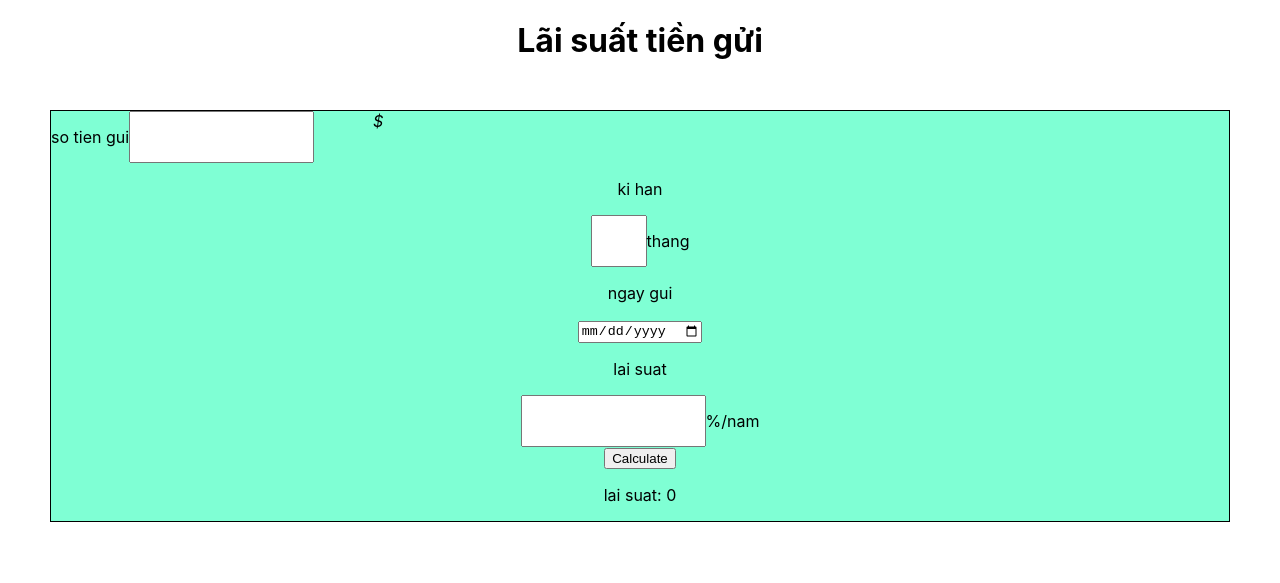
Repository: Trinvm1997/ReactExercise
Page: / (app in interest_rate/)
The author's editor kept a copy of each file at every save. The page is drawn from the files as they stood at one save, then again after the next save.
The browser window is 1280 px wide. The pictures show the whole page.
The project was rebuilt for these pictures with package versions that can differ from the ones it lists, and the page was loaded fresh each time.

Above is the page before, as saved 2020-12-24 10:09:22.

### interest_rate/src/App.js
import './App.css';
import React, { Component } from 'react';

class App extends Component {
  constructor(props) {
    super(props);
    this.state = {
      money:0,
      time:0,
      interestRate:0,
      interest:0
    };
    this.handleChange = this.handleChange.bind(this);
    this.handleSubmit = this.handleSubmit.bind(this);
  }

  handleChange(event) {
    const value = event.target.value;
    const name = event.target.name;
    this.setState({
      [name]: value
    });
  }

  handleSubmit(event){
    event.preventDefault();
    this.setState({
      interest: this.state.money*(this.state.time/12)*this.state.interestRate
    })
  }

  render() {
    return (
      <div className="App">
        <h1>Lãi suất tiền gửi</h1>
        <form>

          <div style={{display: "flex"}}>
          <p>so tien gui</p><input onChange={this.handleChange} name="money" type="number" min="1" step="1"></input><i>$</i>
          </div>
          <p>ki han</p>
          <div style={{display: "inline-flex"}}>
            <input onChange={this.handleChange} name="time" type="number" min="1" max="36" step="1"></input><p>thang</p>
          </div>
          <p>ngay gui</p>
          <input type="date"></input>
          <p>lai suat</p>
          <div style={{display: "inline-flex"}}>
            <input onChange={this.handleChange} name="interestRate" type="number" step="0.01"></input><p>%/nam</p>
          </div>
          <br />
          <button onClick={this.handleSubmit}>Calculate</button>
          <p>lai suat: {this.state.interest}</p>
        </form>
      </div>
    );
  }
}

export default App;

### interest_rate/src/App.css
.App {
  text-align: center;
}

.App-logo {
  height: 40vmin;
  pointer-events: none;
}

@media (prefers-reduced-motion: no-preference) {
  .App-logo {
    animation: App-logo-spin infinite 20s linear;
  }
}

.App-header {
  background-color: #282c34;
  min-height: 100vh;
  display: flex;
  flex-direction: column;
  align-items: center;
  justify-content: center;
  font-size: calc(10px + 2vmin);
  color: white;
}

.App-link {
  color: #61dafb;
}

i {
  margin-left: 5%;
}

@keyframes App-logo-spin {
  from {
    transform: rotate(0deg);
  }
  to {
    transform: rotate(360deg);
  }
}

form {
  margin: 50px;
  border: 1px solid black;
  background-color: aquamarine;
}

Loaded but not shown: interest_rate/public/index.html (common file); interest_rate/src/index.js (common file); interest_rate/src/index.css (common file); interest_rate/src/reportWebVitals.js (common file)

After the next save:
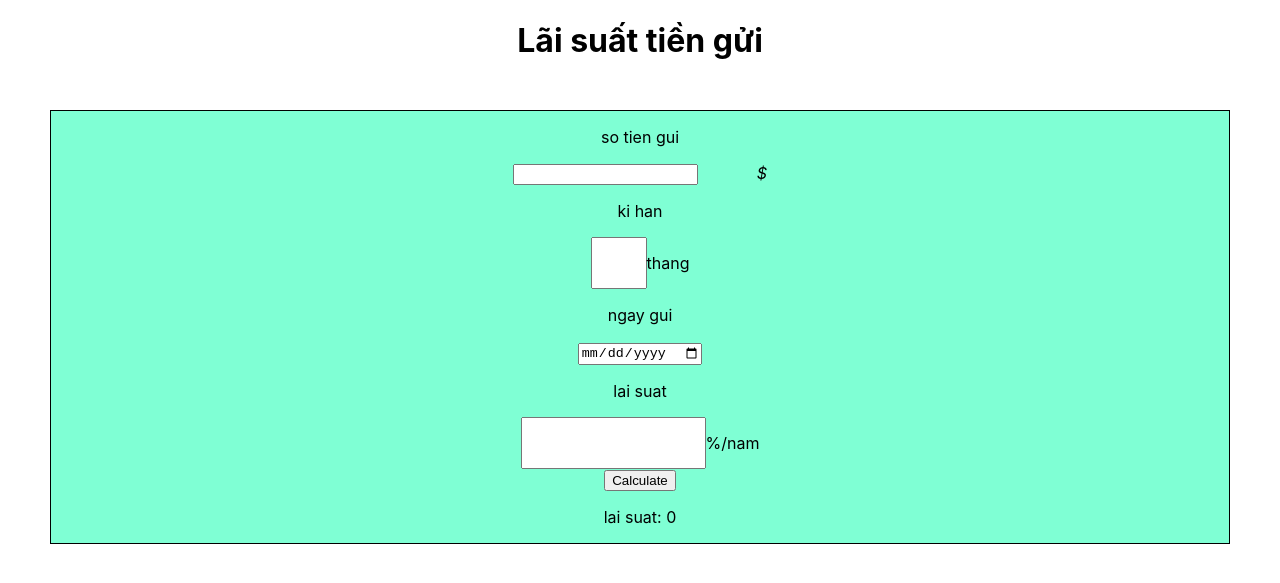
Saved 25 s later.
--- a/interest_rate/src/App.js
+++ b/interest_rate/src/App.js
@@ -34,8 +34,7 @@ class App extends Component {
       <div className="App">
         <h1>Lãi suất tiền gửi</h1>
         <form>
-
-          <div style={{display: "flex"}}>
+          <div>
           <p>so tien gui</p><input onChange={this.handleChange} name="money" type="number" min="1" step="1"></input><i>$</i>
           </div>
           <p>ki han</p>

After the 2 saves that followed:
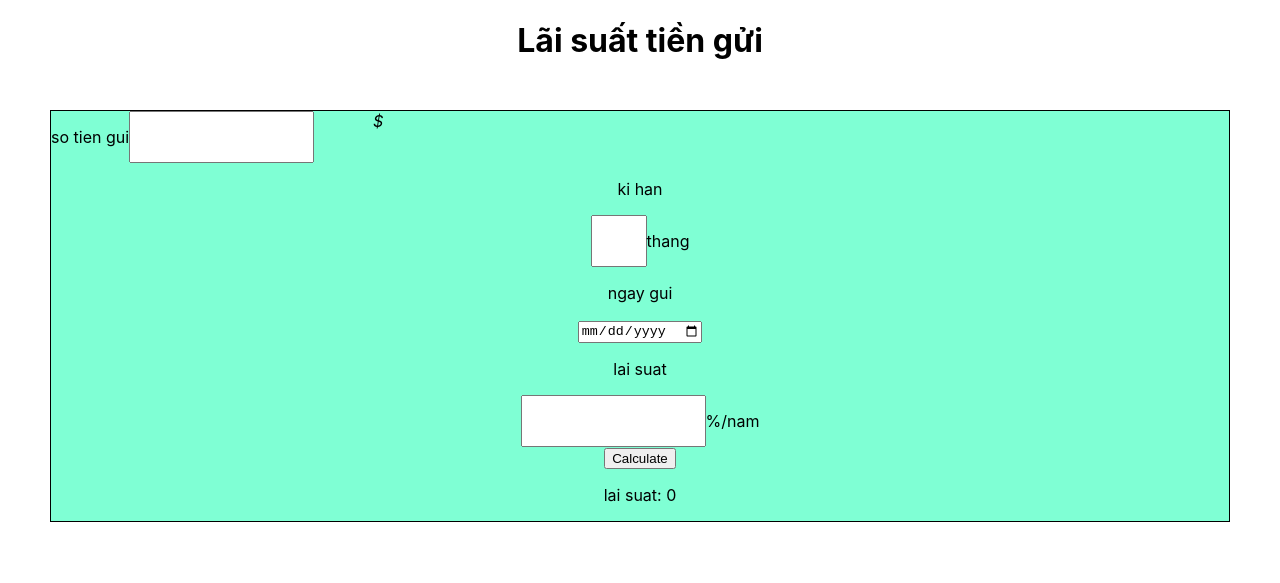
The 2 saves are shown as one change because 1 left the picture as it was.
The last was saved 101 s later.
--- a/interest_rate/src/App.css
+++ b/interest_rate/src/App.css
@@ -46,3 +46,7 @@ form {
   border: 1px solid black;
   background-color: aquamarine;
 }
+
+form div {
+  display: flex;
+}
